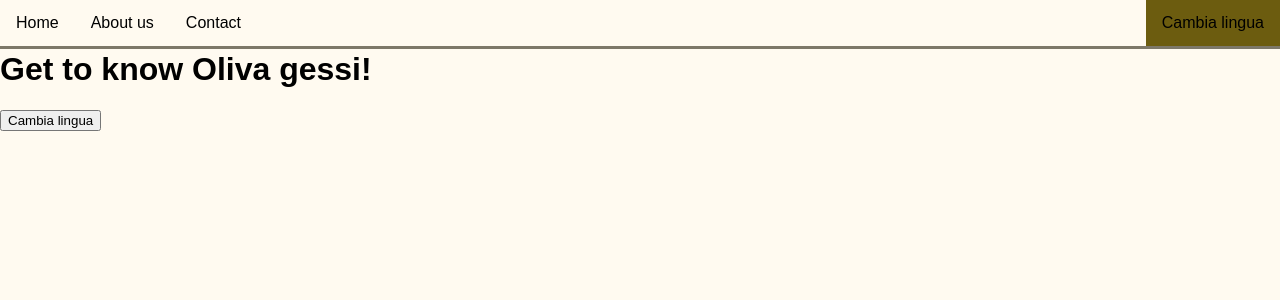
Repository: Seaside-Jokers/Oliva-gessi
Page: index.html
These files come from the project's save history. The page is drawn as it stood at one moment and after the next save; the edit follows.
The browser window is 1280 px wide. The pictures show the whole page.

Above is the page before, as saved 2026-02-16 19:29:54.

After the next save:
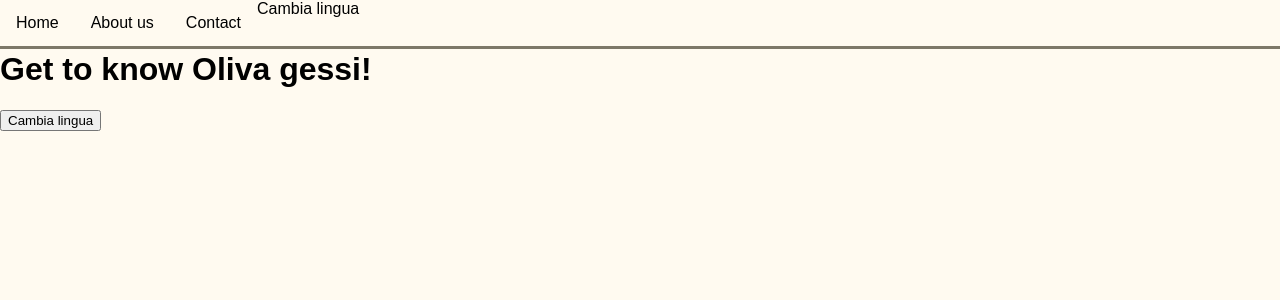
Saved 7 s later.
--- a/index.html
+++ b/index.html
@@ -10,9 +10,9 @@
         <a class="nav-button" href="#" data-key="home">Home</a>
         <a class="nav-button" href="#" data-key="about">Chi siamo</a>
         <a class="nav-button" href="#" data-key="contact">Contatti</a>
-        <a class="nav-button change-language" onclick="changeState()" data-key="change-language"
+        <link class="nav-button change-language" onclick="changeState()" data-key="change-language"
             href="assets/menu_icon.png">
-            Cambia lingua</a>
+            Cambia lingua</link>
     </nav>
 
     <h1 data-key="titolo">Vieni a conoscere Oliva Gessi!</h1>
